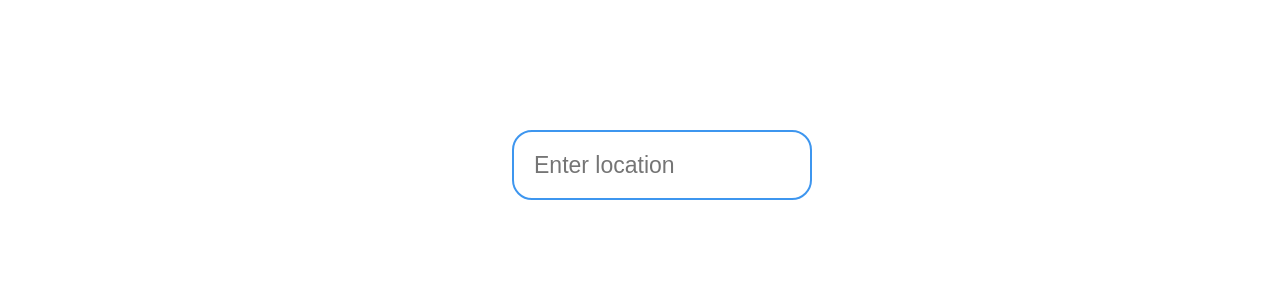
Repository: RenataDzotova/WeatherForecast
Page: /
An editor plug-in stored every save of this project. The page is shown before and after the next save, followed by the edit.
The browser window is 1280 px wide. The pictures show the whole page.
The project was rebuilt for these pictures with package versions that can differ from the ones it lists, and the page was loaded fresh each time. The framework's server and built-in components were replaced by stand-ins that run in the browser. Also part of the build but not shown: next.config.js, styles/Home.module.css.

Above is the page before, as saved 2023-01-19 15:54:19.

After the next save:
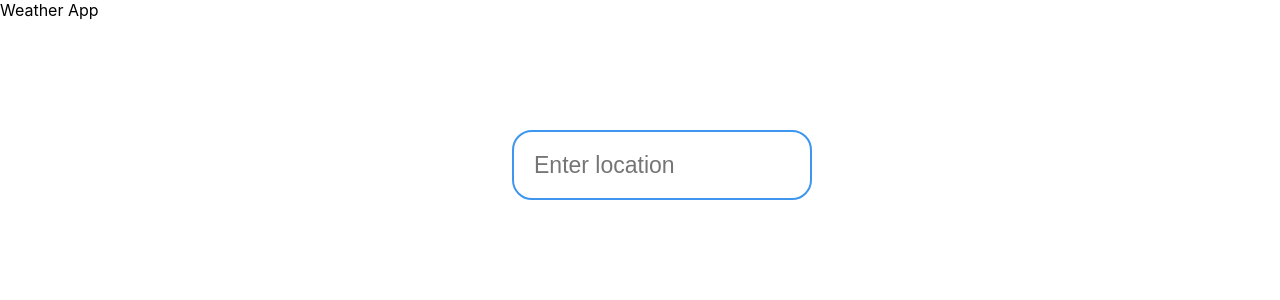
Saved 34 s later.
--- a/pages/index.js
+++ b/pages/index.js
@@ -54,15 +54,15 @@ export default function Home() {
       <main>
 
 
-        {/* {
+        {
           data &&
-            <FlexBox>
+            <>
               {errorMessage}
-              <Text fontSize="50px" fontWeight="bold">
+              <span fontSize="50px" fontWeight="bold">
               {showTitle}
-              </Text>
-            </FlexBox>
-        } */}
+              </span>
+            </>
+        }
 
 
         <input className='inputStyle'
